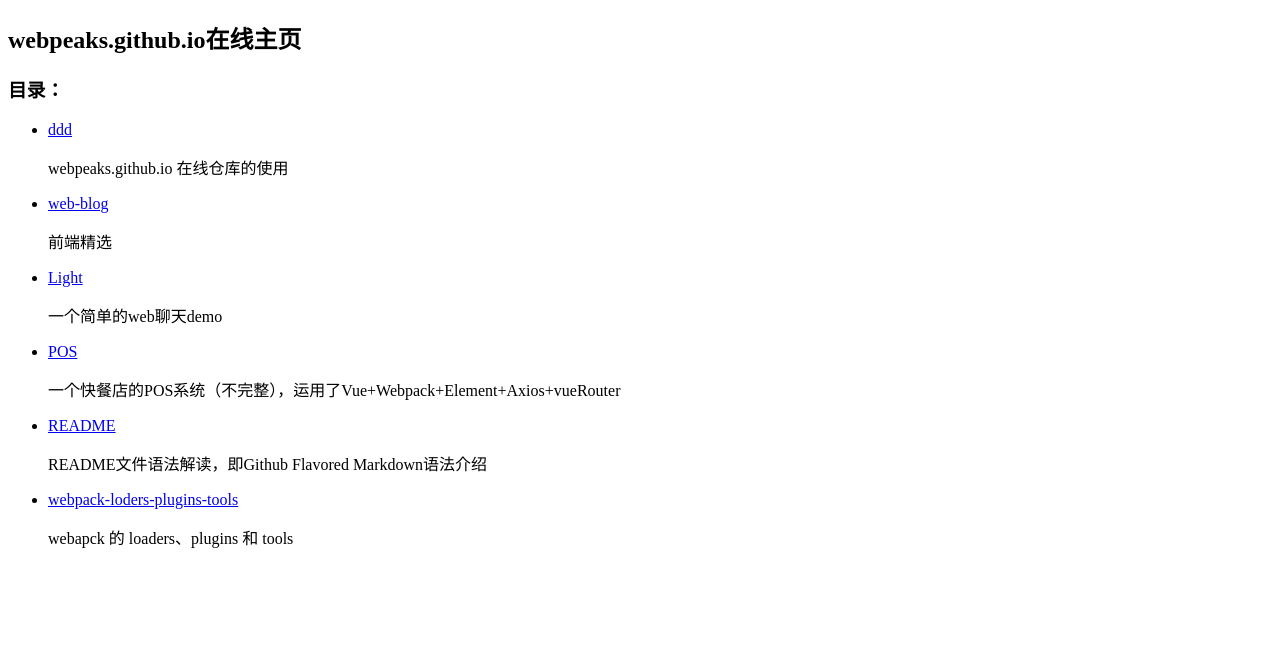
Repository: webpeaks/webpeaks.github.io
Page: index.html
The author's editor kept a copy of each file at every save. The page is drawn from the files as they stood at one save, then again after the next save.
The browser window is 1280 px wide. The pictures show the whole page.

Above is the page before, as saved 2018-01-03 16:34:37.

After the next save:
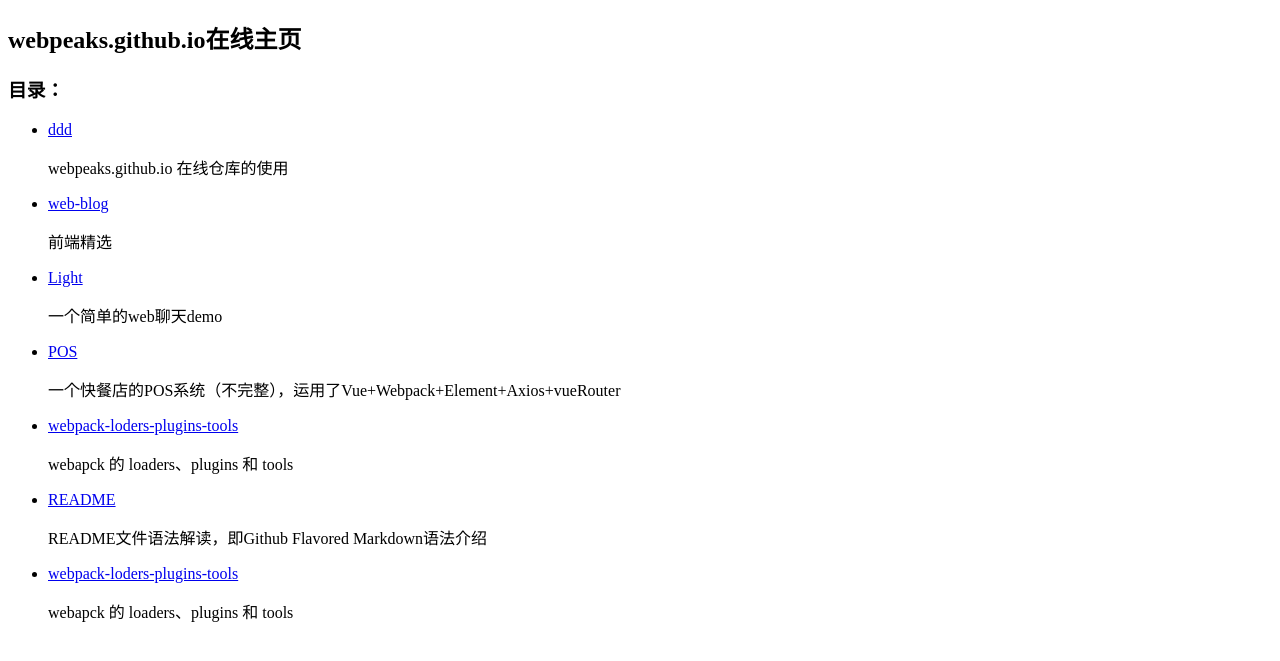
Saved 43 s later.
--- a/index.html
+++ b/index.html
@@ -29,6 +29,10 @@
             <p>一个快餐店的POS系统（不完整），运用了Vue+Webpack+Element+Axios+vueRouter</p>
         </li>
         <li>
+                <a href="https://github.com/webpeaks/webpack-loders-plugins-tools">webpack-loders-plugins-tools</a>
+                <p>webapck 的 loaders、plugins 和 tools</p>
+            </li>
+        <li>
             <a href="https://github.com/webpeaks/README">README</a>
             <p>README文件语法解读，即Github Flavored Markdown语法介绍</p>
         </li>
